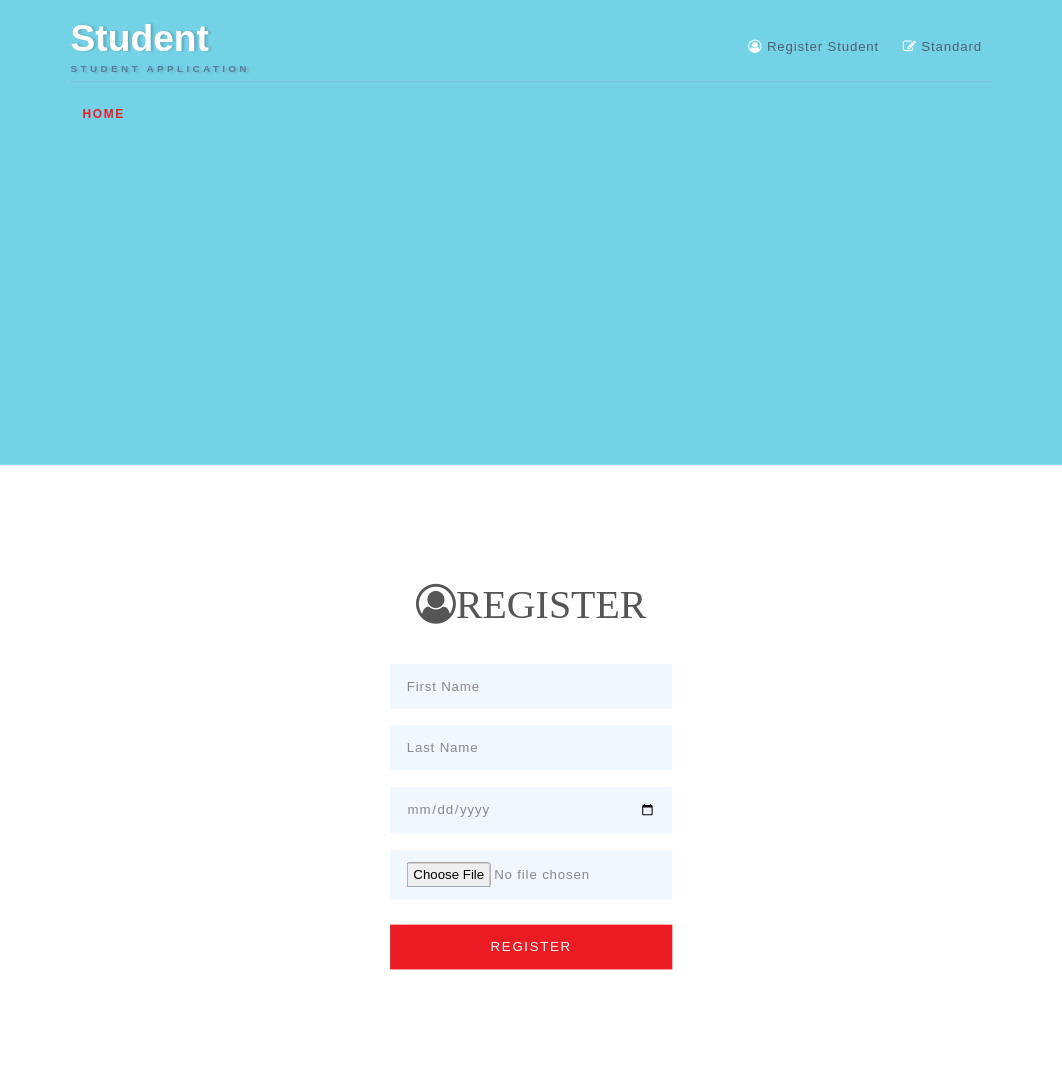
Repository: PallaviMadiya/Java-Framework-
Page: http://localhost/StudentApplication/register.jsp
An editor plug-in stored every save of this project. The page is shown before and after the next save, followed by the edit.
The browser window is 1280 px wide. The pictures show the whole page, at 83% of full size.
Some web fonts or font styles are not loaded; a fallback is used. The page is served by Tomcat 9. Other server files are loaded and not shown.

Above is the page before, as saved 2023-10-17 12:54:37.

### StudentApplication/src/main/webapp/register.jsp
<%@ page language="java" contentType="text/html; charset=ISO-8859-1"
    pageEncoding="ISO-8859-1"%>
<!DOCTYPE html>
<html>
<head>
<meta charset="ISO-8859-1">
<title>Insert title here</title>
</head>
<body>
<%@include file="header.jsp" %>
 <!-- //banner-->
    <!--/login -->
    <section class="banner-bottom py-5">
        <div class="container">
            <div class="content-grid">
                <div class="text-center icon">
                    <span class="fa fa-user-circle-o">REGISTER</span>
                </div>
                <div class="content-bottom">

                    <form action="StudentController" method="post">

                        <div class="field-group">
                            <div class="content-input-field">
                                <input name="fname" id="text1" type="text" value="" placeholder="First Name" required="">
                            </div>
                        </div>

                        <div class="field-group">
                            <div class="content-input-field">
                                <input name="lname" id="text1" type="text" value="" placeholder="Last Name" required="">
                            </div>
                        </div>

                        <div class="field-group">
                            <div class="content-input-field">
                                <input name="dob" id="text1" type="date" value="" placeholder="Date Of Birth" required="">
                            </div>
                        </div>

                        <div class="field-group">
                            <div class="content-input-field">
                                <input name="image" id="text1" type="file" value="" placeholder="Student Image" required="">
                            </div>
                        </div>


                        <div class="content-input-field">
                            <button type="submit" class="btn" name="action" value="register">Register</button>
                        </div>

                    </form>
                </div>
            </div>
        </div>
    </section>
    <!-- /login -->
</body>
</html>

### StudentApplication/src/main/webapp/header.jsp
<%@ page language="java" contentType="text/html; charset=ISO-8859-1"
    pageEncoding="ISO-8859-1"%>
<!--
Author:W3layouts
Author URL: http://w3layouts.com
License: Creative Commons Attribution 3.0 Unported
License URL: http://creativecommons.org/licenses/by/3.0/
-->

<!DOCTYPE html>
<html lang="zxx">

<head>
    <title>Baggage Ecommerce Category Bootstrap Responsive Web Template | Home :: W3layouts</title>
    <!-- Meta tag Keywords -->
    <meta name="viewport" content="width=device-width, initial-scale=1">
    <meta charset="UTF-8" />
    <meta name="keywords" content="Baggage Responsive web template, Bootstrap Web Templates, Flat Web Templates, Android Compatible web template, Smartphone Compatible web template, free webdesigns for Nokia, Samsung, LG, SonyEricsson, Motorola web design" />
    <script>
        addEventListener("load", function() {
            setTimeout(hideURLbar, 0);
        }, false);

        function hideURLbar() {
            window.scrollTo(0, 1);
        }
    </script>
    <!-- //Meta tag Keywords -->
    <!-- Custom-Files -->
    <link rel="stylesheet" href="css/bootstrap.css">
    <!-- Bootstrap-Core-CSS -->
    <link rel="stylesheet" href="css/style.css" type="text/css" media="all" />
    <!-- Style-CSS -->
    <!-- font-awesome-icons -->
    <link href="css/font-awesome.css" rel="stylesheet">
    <!-- //font-awesome-icons -->
    <!-- /Fonts -->
    <link href="//fonts.googleapis.com/css?family=Hind:300,400,500,600,700" rel="stylesheet">
    <!-- //Fonts -->

</head>

<body>
    <div class="main-sec">
        <!-- //header -->
        <header class="py-sm-3 pt-3 pb-2" id="home">
            <div class="container">
                <!-- nav -->
                <div class="top-w3pvt d-flex">
                    <div id="logo">
                        <h1> <a href="index.jsp"><span class="log-w3pvt">Student</a> <label class="sub-des">Student Application</label></h1>
                    </div>

                    <div class="forms ml-auto">
                        <a href="register.jsp" class="btn"><span class="fa fa-user-circle-o"></span> Register Student</a>
                        <a href="stadard.jsp" class="btn"><span class="fa fa-pencil-square-o"></span> Standard</a>
                    </div>
                </div>
                <div class="nav-top-wthree">
                    <nav>
                        <label for="drop" class="toggle"><span class="fa fa-bars"></span></label>
                        <input type="checkbox" id="drop" />
                        <ul class="menu">
                            <li class="active"><a href="index.jsp">Home</a></li>

                        </ul>
                    </nav>
                    <!-- //nav -->
                    <div class="clearfix"></div>
                </div>
            </div>
        </header>
        <!-- //header -->

       </div>
  </body>
  </html>

Loaded but not shown: StudentApplication/src/main/webapp/css/bootstrap.css (library); StudentApplication/src/main/webapp/css/font-awesome.css (library); StudentApplication/src/main/webapp/css/style.css (1690 lines, source omitted)

After the next save:
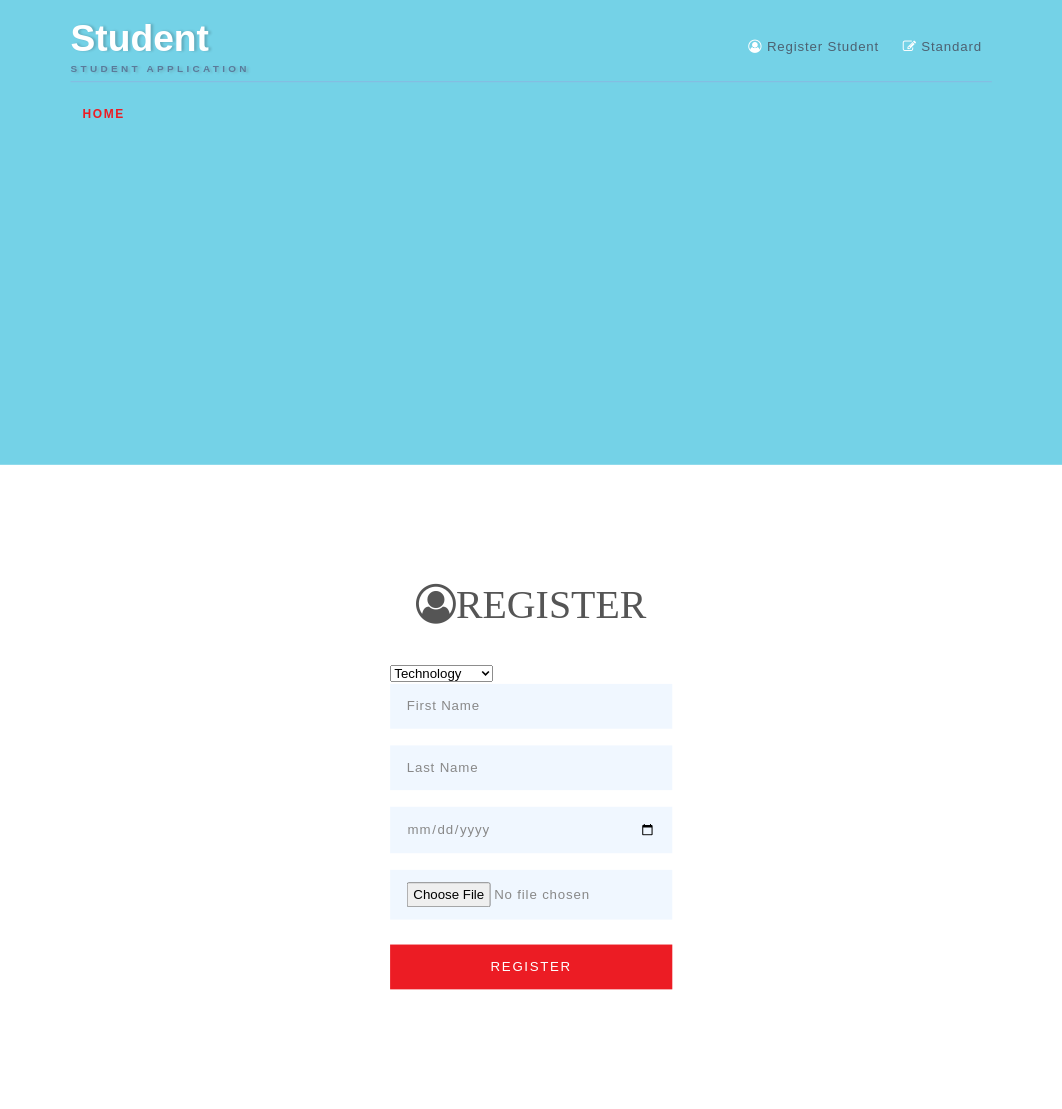
Saved 3 min 52 s later.
--- a/StudentApplication/src/main/webapp/register.jsp
+++ b/StudentApplication/src/main/webapp/register.jsp
@@ -19,6 +19,15 @@
                 <div class="content-bottom">
 
                     <form action="StudentController" method="post">
+
+                    	<div class="field-group">
+	                    	<select name="jobCat">
+							    <option value="tech">Technology</option>
+							    <option value="admin">Administration</option>
+							    <option value="biology">Biology</option>
+							    <option value="science">Science</option>
+							</select>
+						</div>
 
                         <div class="field-group">
                             <div class="content-input-field">
